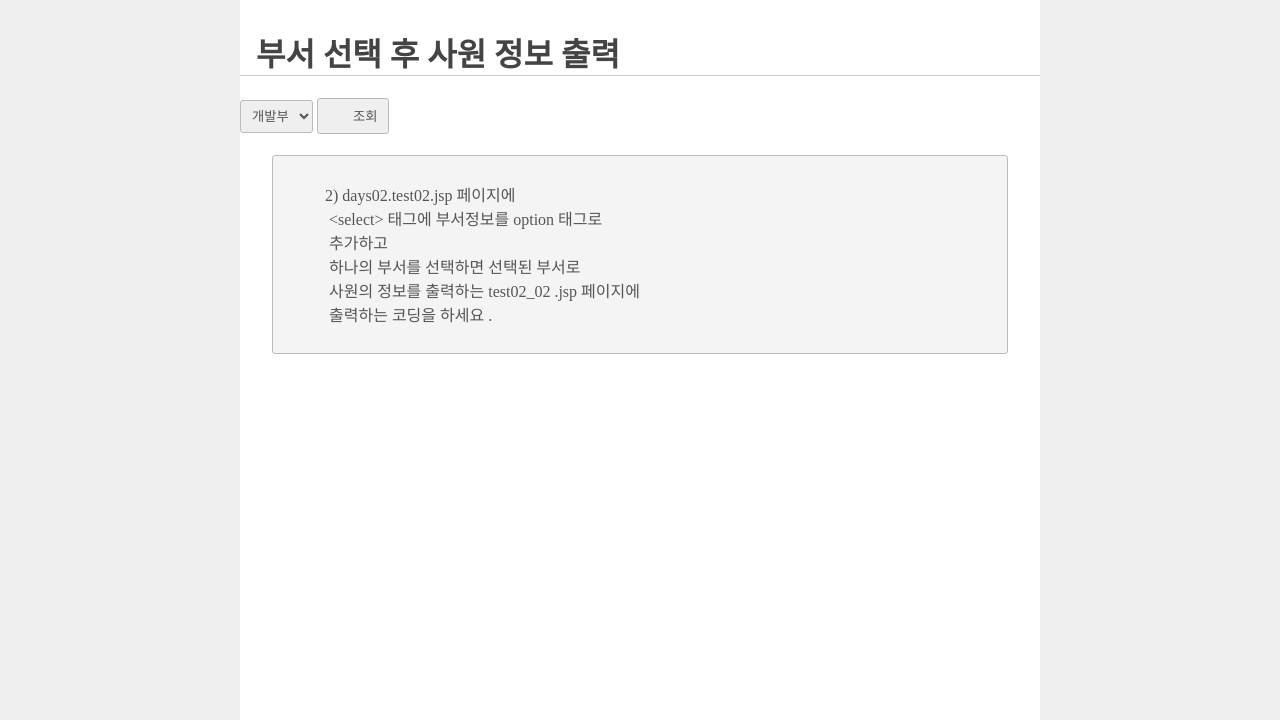
Repository: park-jiwoong/webClass
Page: http://localhost/jspPro/days02/test02.jsp
The author's editor kept a copy of each file at every save. The page is drawn from the files as they stood at one save, then again after the next save.
The browser window is 1280 px wide. The pictures show the whole page.
Some web fonts or font styles are not loaded; a fallback is used. The page is served by Tomcat 9. Other server files are loaded and not shown.

Above is the page before, as saved 2025-05-22 01:10:32.

### webPro/src/main/webapp/JSPClass/jspPro/src/main/webapp/days02/test02.jsp
<%@ page contentType="text/html; charset=UTF-8" pageEncoding="UTF-8"%>
<!DOCTYPE html>
<html>
<head>
<meta charset="UTF-8">
<meta name="viewport" content="width=device-width, initial-scale=1.0">
<link rel="shortcut icon" type="image/x-icon" href="http://localhost/jspPro/images/SiSt.ico">
<title>부서 선택</title>
<script src="https://ajax.googleapis.com/ajax/libs/jquery/3.7.1/jquery.min.js"></script>
<link rel="stylesheet" href="http://localhost/jspPro/resources/cdn-main/example.css">
<script src="http://localhost/jspPro/resources/cdn-main/example.js"></script>
	<style>
 	span.material-symbols-outlined{
    vertical-align: text-bottom;
 	}
	</style>
</head>
<body>
	<h1>부서 선택 후 사원 정보 출력</h1>
	<form action="test02_02.jsp" method="get">
	<label for="dept"></label>
	<select id="dept" name="dept"> <!-- select 태그 dept는 디자인 줌 옮겨야 할듯... -->
		<option id="개발부">개발부</option>
		<option id="영업부">영업부</option>
		<option id="총무부">총무부</option>
	</select>
	<button type="submit">조회</button>
	</form>
<div>
    <xmp class="code">
         2) days02.test02.jsp 페이지에
          <select> 태그에 부서정보를 option 태그로
          추가하고
          하나의 부서를 선택하면 선택된 부서로
          사원의 정보를 출력하는 test02_02 .jsp 페이지에
          출력하는 코딩을 하세요 .
    </xmp>
</div>
</body>
</html>

### webPro/src/main/webapp/JSPClass/jspPro/src/main/webapp/resources/cdn-main/example.css
@charset "UTF-8";

@import url('https://fonts.googleapis.com/css2?family=Material+Symbols+Outlined:opsz,wght,FILL,GRAD@20..48,100..700,0..1,-50..200');

@font-face {
    font-family: 'GmarketSansMedium';
    src: url('https://cdn.jsdelivr.net/gh/projectnoonnu/noonfonts_2001@1.1/GmarketSansMedium.woff') format('woff');
    font-weight: normal;
    font-style: normal;
}

:root {
	--text-color: #555;
	--sub-text-color: #777;
	--back-color: #EFEFEF;
	--header-color: #444;
	--primary-color: #DEDEDE;
	--secondary-color: #EFEFEF;
	--default-width: 800px;
	--narrow-width: 500px;
	--wide-width: 1200px;
	--text-font: 'GmarketSansMedium';
	--icon-font: 'Material Symbols Outlined';
	--border-color: #CCC;
}

html, body {
	margin: 0;
	padding: 0;
}

html {
	background-color: var(--back-color);
	display: flex;
	justify-content: center;
	min-height: 100vh;
}

body, body.default {
	width: var(--default-width);
	background-color: white;
	padding-bottom: 120px;
}

body.wide {
	width: var(--wide-width);
}

body.narrow {
	width: var(--narrow-width);
}



body, p, div, span, a, input, select, option, textarea, button, table, th, td, label, fieldset, legend {
	font-family: var(--text-font);
	color: var(--text-color);
}

h1, h2, h3 {
	font-family: var(--text-font);
	color: var(--header-color);
	padding: 0 1rem;
	padding-top: .5rem;
}

div > h1, div > h2, div > h3 {
	padding: 0;
}

body > div, body > main > div {
	padding: 0.3rem 1rem;
}


h1 { font-size: 2rem; border-bottom: 1px solid var(--border-color); }
h1 small { font-size: 1.2rem; color: var(--sub-text-color); }
h2 { font-size: 1.5rem; border-bottom: 1px dashed var(--border-color); }
h2 small { font-size: 1.1rem; color: --sub-text-color; }
h3 { font-size: 1.2rem; }
h3 small { font-size: 1rem; color: --sub-text-color; }



h1.main::before {
	font-family: var(--icon-font);
  	content: '\e666';
  	margin-right: 10px;
  	float: left;
	font-size: 2.5rem;
}

h1.sub::before {
	font-family: var(--icon-font);
  	content: '\ea19';
  	margin-right: 10px;
  	float: left;
	font-size: 2.5rem;
}


h1.page::before {
	font-family: var(--icon-font);
  	content: '\e0e0';
  	margin-right: 10px;
  	float: left;
	font-size: 2.5rem;
}

body > header > ul > li > .active{
	background-color: #FFF;
	color:#F00;
}

body > header {
	display: flex;
	justify-content: space-between;
	border-bottom: 5px solid var(--border-color);
	min-height: 74px;
	background-color: #FFF;
}

body > header.sticky {
	position: sticky;
	top: 0;
	z-index: 98;
}

body > header > h1 {
	font-size: 1.2rem;
	border: 0;
}

body > header.in > h1::before {
	font-family: var(--icon-font);
  	content: '\e332‥';
  	margin-right: 3px;
  	float: left;
	font-size: 2rem;
}


body > header > ul {
	list-style-type: none;
	display: flex;
	align-items: flex-end;
	margin-right: 10px;
}

body > header > ul > li {
	margin-right: 10px;
	cursor: pointer;
}

body > header > ul > li > a {
	cursor: pointer;
}


form {
	display: block;
}

form > div {
	padding: 0.3rem 1rem;
}

div > form > div {
	padding: 0.3rem 0;
}

input, textarea, button, select {
	border: 1px solid #BBB;
	border-radius: 3px;
	outline: none;
	resize: none;
	padding: 7px;
	margin: 0;
}

input[type=text]:read-only, textarea:read-only {
	cursor: not-allowed;
	background-color: #FFF;
}

input[type=text]:disabled, textarea:disabled {
	cursor: not-allowed;
	background-color: #EEE;
}

input[type=text], input[type=password], textarea, button, select {
	/* width: 300px; */
}

textarea {
	display: block;
	height: 100px;
}

input[type=button], input[type=submit], button {
	/* width: inherit; */
}

input.short, textarea.short, button.short, select.short {
	width: 100px;
}

input.long, textarea.long, button.long, select.long {
	width: 350px;
}

.narrow input.long, .narrow textarea.long, .narrow button.long, .narrow select.long {
	width: calc(100% - 20px);
}

input.full, textarea.full, button.full, select.full {
	width: calc(100% - 20px);
}

textarea.short {
	height: 50px;
}

textarea.long {
	height: 100px;
}

textarea.full {
	height: 200px;
}

input, textarea {
	padding-top: 8px;
}

input[type=button], input[type=submit], button {
	padding: 5px 10px;
	background-color: var(--secondary-color);
	cursor: pointer;
	min-height: 36px;
}

input[type=button].primary, input[type=submit].primary, button.primary {
	/* background-color: rgba(100, 149, 237, .2); */
	background-color: var(--primary-color);
}

input[type=button].primary:hover, input[type=submit].primary:hover, button.primary:hover {
	/* background-color: rgba(100, 149, 237, .3); */
	background-color: var(--secondary-color);
}

input[type=button]:hover, input[type=submit]:hover, button:hover {
	background-color: var(--primary-color);
}

button {
	position: relative;
	left: 0;
	top: 0;
	padding-left: 35px;
}

button .material-symbols-outlined {
	position: absolute;
	left: 10px;
	top: 4px;
}

/* k2nik add */
button.login::before {
	font-family: var(--icon-font);
  	content: '\ea77';
	position: absolute;
	left: 11px;
	top: 4px;
	font-size: 1.25rem;
}

/* k2nik logout */
button.logout::before {
	font-family: var(--icon-font);
  	content: '\e9ba';
	position: absolute;
	left: 11px;
	top: 4px;
	font-size: 1.25rem;
}

/* k2nik help */
button.help::before {
	font-family: var(--icon-font);
  	content: '\f1c0';
	position: absolute;
	left: 11px;
	top: 4px;
	font-size: 1.25rem;
}

button.add::before{
	font-family: var(--icon-font);
  	content: '\e746';
	position: absolute;
	left: 11px;
	top: 4px;
	font-size: 1.25rem;
}

button.back::before {
	font-family: var(--icon-font);
  	content: '\e166';
	position: absolute;
	left: 11px;
	top: 4px;
	font-size: 1.25rem;
}

button.list::before {
	font-family: var(--icon-font);
  	content: '\e0ee';
	position: absolute;
	left: 11px;
	top: 4px;
	font-size: 1.25rem;
}


button.del::before {
	font-family: var(--icon-font);
  	content: '\e872';
	position: absolute;
	left: 11px;
	top: 4px;
	font-size: 1.25rem;
}

button.alldel::before {
	font-family: var(--icon-font);
  	content: '\e92b';
	position: absolute;
	left: 11px;
	top: 4px;
	font-size: 1.25rem;
}


button.edit::before {
	font-family: var(--icon-font);
  	content: '\e745';
	position: absolute;
	left: 11px;
	top: 4px;
	font-size: 1.25rem;
}


button.login::before {
	font-family: var(--icon-font);
  	content: '\ea77';
	position: absolute;
	left: 11px;
	top: 4px;
	font-size: 1.25rem;
}


button.logout::before {
	font-family: var(--icon-font);
  	content: '\e9ba';
	position: absolute;
	left: 11px;
	top: 4px;
	font-size: 1.25rem;
}


button.in::before {
	font-family: var(--icon-font);
  	content: '\f71a';
	position: absolute;
	left: 11px;
	top: 4px;
	font-size: 1.25rem;
}


button.out::before {
	font-family: var(--icon-font);
  	content: '\f70e';
	position: absolute;
	left: 11px;
	top: 4px;
	font-size: 1.25rem;
}


button.reply::before {
	font-family: var(--icon-font);
  	content: '\e15e';
	position: absolute;
	left: 11px;
	top: 4px;
	font-size: 1.25rem;
}


button.comment::before {
	font-family: var(--icon-font);
  	content: '\e0b9';
	position: absolute;
	left: 11px;
	top: 4px;
	font-size: 1.25rem;
}


button.modal::before {
	font-family: var(--icon-font);
  	content: '\e89e';
	position: absolute;
	left: 11px;
	top: 4px;
	font-size: 1.25rem;
}


button.ok::before {
	font-family: var(--icon-font);
  	content: '\e86c';
	position: absolute;
	left: 11px;
	top: 4px;
	font-size: 1.25rem;
}


button.cancel::before {
	font-family: var(--icon-font);
  	content: '\e5c9';
	position: absolute;
	left: 11px;
	top: 4px;
	font-size: 1.25rem;
}

button.search::before {
	font-family: var(--icon-font);
  	content: '\e8b6';
	position: absolute;
	left: 11px;
	top: 4px;
	font-size: 1.25rem;
}

button.home::before {
	font-family: var(--icon-font);
  	content: '\e88a';
	position: absolute;
	left: 11px;
	top: 4px;
	font-size: 1.25rem;
}


button.sidebar::before {
	font-family: var(--icon-font);
  	content: '\f7e4';
	position: absolute;
	left: 11px;
	top: 4px;
	font-size: 1.25rem;
}


button.sidebar-right::before {
	font-family: var(--icon-font);
  	content: '\f7e5';
	position: absolute;
	left: 11px;
	top: 4px;
	font-size: 1.25rem;
}




button::before {
	font-family: var(--icon-font);
  	content: '\e323';
	position: absolute;
	left: 11px;
	top: 4px;
	font-size: 1.25rem;
}


table {
	border-collapse: collapse;
	margin: 1rem;
	box-sizing: border-box;
	width: calc(100% - 32px);
}

table.content {
	width: auto;
}

div > table {
	margin: 0;
}

table th, table td {
	border: 1px solid var(--border-color);
	padding: 7px;
	font-weight: normal;
}

table th {
	background-color: var(--back-color);
}

table.vertical th {
	width: 150px;
}

table.vertical td {
	width: calc(100% - 182px);
	padding-left: 10px;
}

table.content td, table.content th {
	width: auto;
}

body.narrow table.vertical th {
	width: 100px;
}

body.narrow table.vertical td {
	width: calc(100% - 182px);
}


table + table {
	margin-top: 30px;
}


p {
	padding: 0 1rem;
}

a {
	text-decoration: none;
}

a:hover {
	color: rgba(255, 99, 71, .7);
}

hr {
	border: 0;
	border-top: 1px solid var(--border-color);
	margin: 2rem 0;
}

.message {
	border: 1px solid var(--border-color);
	background-color: #EFEFEF;
	margin: 1rem;
	width: auto;
	padding-top: 10px;
	padding-bottom: 10px;
	font-size: 14px;
}

.message[title]::before {
	content: attr(title);
	display: block;
	border-bottom: 1px solid var(--border-color);
	padding-bottom: 5px;
	margin-bottom: 10px;
	margin-top: 7px;
}

.message.short {
	max-width: 250px;
}

.message.long {
	max-width: 500px;
}

.badge {
	float: right;
	font-size: .8rem;
	margin-top: 2px;
	margin-right: 2px;
	text-shadow: 0 0 7px gray;
}

.badge.left {
	float: none;
	margin-left: 2px;
}

.badge.right {
	float: right;
}

.badge.red {
	border-radius: 50%;
	padding: 2px 5px;
	background-color: rgb(255, 99, 71, .3);
}

.badge.yellow {

	border-radius: 50%;
	padding: 2px 5px;
	background-color: rgb(255, 215, 0, .5);
}

.badge.blue {
	border-radius: 50%;
	padding: 2px 5px;
	background-color: rgb(100, 149, 237, .3);
}

label + label {
	margin-left: 7px;
}

label input[type=checkbox], label input[type=radio] {
	transform: translate(0, 1px);
}

.group {
	display: flex;
}

.modal-content .group {
	margin-bottom: .5rem;
}

.group label {
	border: 1px solid #BBB;
	border-radius: 3px;
	outline: none;
	resize: none;
	padding: 7px 14px;
	margin: 0;
	border-top-right-radius: 0;
	border-bottom-right-radius: 0;
	background-color: #EFEFEF;
	white-space: nowrap;
	font-size: 14px;
}

.group input[type=text] {
	margin-left: -1px;
	border-top-left-radius: 0;
	border-bottom-left-radius: 0;
}

.group select {
	margin-left: -1px;
	border-top-left-radius: 0;
	border-bottom-left-radius: 0;
}

.group input.full[type=text] {
	margin-left: -1px;
	border-top-left-radius: 0;
	border-bottom-left-radius: 0;
	width: 100%;
}

.group input[type=button]:first-child, .group button:first-child {
	border-top-left-radius: 3px;
	border-bottom-left-radius: 3px;
	margin-left: 0px;
}

.group input[type=button], .group button {
	border-radius: 0;
	margin-left: -1px;
}

.group input[type=button]:last-child, .group button:last-child {
	margin-left: -1px;
	border-top-right-radius: 3px;
	border-bottom-right-radius: 3px;
}

.seperate {
	display: flex;
	justify-content: space-between;
}

div.list {
	width: max-content;
	margin: 1rem;
	border: 1px solid #BBB;
	border-radius: 3px;
	padding: 0;
}

div.list.full {
	width: auto;
	display: block;
	margin: 1rem;
	border: 1px solid #BBB;
	border-radius: 3px;
	padding: 0;
}

div.list > div {
	padding: .5rem 1rem;
	margin: 0;
	border-bottom: 1px solid #BBB;
}

div.list > div:last-child {
	border-bottom: 0;
}

pre.code , xmp.code{
	font-family: consols;
	background-color: rgba(150, 150, 150, .1);
	border: 1px solid #BBB;
	border-radius: 3px;
	padding: .5rem 1rem;
	padding-bottom: .6rem;
	margin: 1rem;
}




*[data-modal-window] {
	position: fixed;
	background-color: rgba(0, 0, 0, .3);
	left: 0;
	top: 0;
	display: none;
	justify-content: center;
	align-items: flex-start;
	width: 100%;
	min-height: 100vh;
	z-index: 100;
	opacity: 0;
	transition: 500ms all;
}

*[data-modal-window] .modal-container {
	border-radius: 5px;
	padding: 1rem;
	padding-bottom: .5rem;
	margin-top: -500px;
	opacity: 0;
	width: 500px;
	background-color: #FFF;
	margin-right: 2rem;
	transition: 500ms all;
}

*[data-modal-size=content] .modal-container {
	width: auto;
}

*[data-modal-size=narrow] .modal-container {
	width: 300px;
}

*[data-modal-size=wide] .modal-container {
	width: 760px;
}


*[data-modal-window] .modal-header {
	border-bottom: 1px solid var(--border-color);
	padding: 2px 5px;
}

*[data-modal-window] .modal-content {
	padding: 1rem 5px;
}

*[data-modal-window] .modal-content div:last-child {
	margin-top: 1rem;
	text-align: right;
}



*[data-sidebar-window] {
	position: fixed;
	background-color: #FFF;
	left: 0;
	top: 0;
	display: block;
	width: 300px;
	border-right: 1px solid var(--border-color);
	box-sizing: border-box;
	box-shadow: 0 0 3px var(--back-color);
	min-height: 100vh;
	z-index: 99;
	transform: translate(-300px, 0);
	transition-duration: 500ms;
	transition-property: transform;
}

*[data-sidebar-direction=right] {
	left: auto;
	right: 0;
	transform: translate(300px, 0);
	border-left: 1px solid var(--border-color);
}

*[data-sidebar-size=wide] {
	width: 500px;
	transform: translate(-500px, 0);
}

*[data-sidebar-window] .sidebar-title {
	border-bottom: 1px solid var(--border-color);
	margin-top: 20px;
	margin-bottom: 20px;
	padding-bottom: 5px;
	display: flex;
	justify-content: space-between;
}

*[data-sidebar-window] .sidebar-title span:last-child {
	cursor: pointer;
}


/* K2Nik pagination */
.center {
  text-align: center;
}

.pagination {
  display: inline-block;
}

.pagination a {
  color: black;
  float: left;
  padding: 3px 6px;
  text-decoration: none;
  transition: background-color .3s;
  border: 1px solid #ddd;
  margin: 0 3px;
}

.pagination a.active {
  background-color: #4CAF50;
  color: white;
  border: 1px solid #4CAF50;
}

.pagination a:hover:not(.active) {background-color: #ddd;}

### webPro/src/main/webapp/JSPClass/jspPro/src/main/webapp/resources/cdn-main/example.js

window.onload = () => {

    const list = document.querySelectorAll('input, textarea');

    list.forEach(item => {
        item.setAttribute('autocomplete', 'off');
    });


    const modal_btn_list = document.querySelectorAll('*[data-modal-button]');

    modal_btn_list.forEach(item => {
        item.onclick = function() {

            const name = this.dataset['modalButton'];
            const modal_window = document.querySelector('*[data-modal-window=' + name);

            const container = document.createElement('div');
            container.className = 'modal-container';



            const modal_header = document.createElement('div');
            modal_header.textContent = modal_window.dataset['modalTitle'];
            modal_header.className = 'modal-header';
            container.appendChild(modal_header);

            const modal_content = document.createElement('div');
            modal_content.className = 'modal-content';
            container.appendChild(modal_content);

            Array.from(modal_window.childNodes).forEach(item => {
                modal_content.appendChild(item);
            });

            modal_window.appendChild(container);

            modal_window.style.display = 'flex';

            setTimeout(() => {
                modal_window.style.opacity = 1;
                container.style.marginTop = '20px';
                container.style.opacity = 1;
            }, 50);


            const modal_ok = document.querySelector('*[data-modal-ok=' + name);
            modal_ok.addEventListener('click', function() {
                modal_window.style.opacity = 0;
                container.style.marginTop = '-500px';
                container.style.opacity = 0;

                setTimeout(() => {
                    modal_window.innerHTML = modal_content.innerHTML;
                    modal_window.style.display = 'none';
                }, 500);

            });

            const modal_cancel = document.querySelector('*[data-modal-cancel=' + name);
            modal_cancel.addEventListener('click', function() {

                modal_window.style.opacity = 0;
                container.style.marginTop = '-500px';
                container.style.opacity = 0;

                setTimeout(() => {
                    modal_window.innerHTML = modal_content.innerHTML;
                    modal_window.style.display = 'none';
                }, 500);
            });


        };
    });


    const sidebar_btn_list = document.querySelectorAll('*[data-sidebar-button]');

    sidebar_btn_list.forEach(item => {
        item.onclick = function() {



            const name = this.dataset['sidebarButton'];
            const sidebar_window = document.querySelector('*[data-sidebar-window=' + name);

            if (sidebar_window.style.transform == 'translate(0px, 0px)') return;



            sidebar_window.style.transform = 'translate(0, 0)';

            const sidebar_title = document.createElement('div');
            sidebar_title.className = 'sidebar-title';
            sidebar_title.innerHTML = '<span>' + sidebar_window.dataset['sidebarTitle'] + '</span><span class="material-symbols-outlined">close</span>';

            sidebar_title.children[1].onclick = function() {

                let sign = 1;
                let distance = 300;

                if (sidebar_window.dataset['sidebarDirection'] != 'right') {
                    sign = -1;
                } else {
                    sign = 1;
                }

                if (sidebar_window.dataset['sidebarSize'] != 'wide') {
                    distance = 300;
                } else {
                    distance = 500;
                }

                distance *= sign;

                sidebar_window.style.transform = 'translate(' + distance + 'px, 0)';

                setTimeout(function() {
                    sidebar_window.removeChild(sidebar_window.children[0]);
                }, 500);
            };


            sidebar_window.prepend(sidebar_title);

        }
    });

};

// window.onkeydown = function(event) {

//     if (event.keyCode == 27) {
//         if (document.querySelector('[data-modal-window').style.display == 'flex') {
//             document.querySelector('[data-modal-window').style.display = 'none';
//         }
//     }

// };

After the next save:
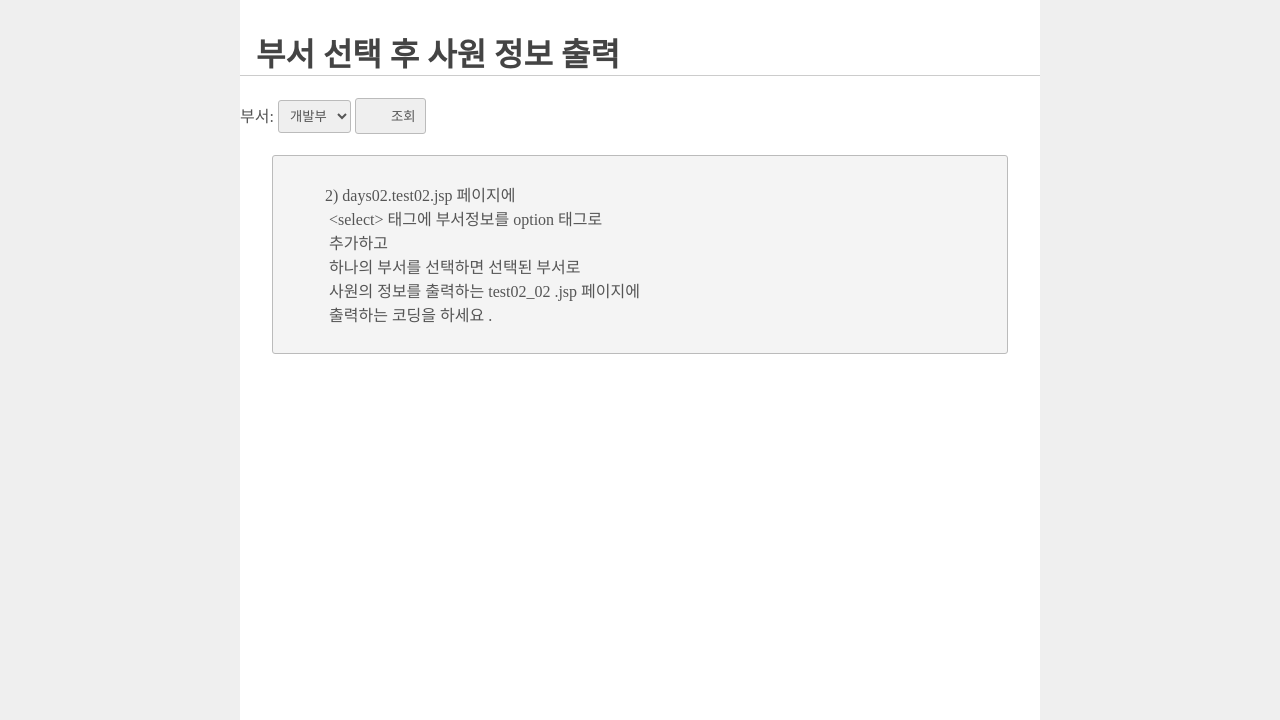
Saved 2 s later.
--- a/webPro/src/main/webapp/JSPClass/jspPro/src/main/webapp/days02/test02.jsp
+++ b/webPro/src/main/webapp/JSPClass/jspPro/src/main/webapp/days02/test02.jsp
@@ -18,7 +18,7 @@
 <body>
 	<h1>부서 선택 후 사원 정보 출력</h1>
 	<form action="test02_02.jsp" method="get">
-	<label for="dept"></label>
+	<label for="dept">부서: </label>
 	<select id="dept" name="dept"> <!-- select 태그 dept는 디자인 줌 옮겨야 할듯... -->
 		<option id="개발부">개발부</option>
 		<option id="영업부">영업부</option>
